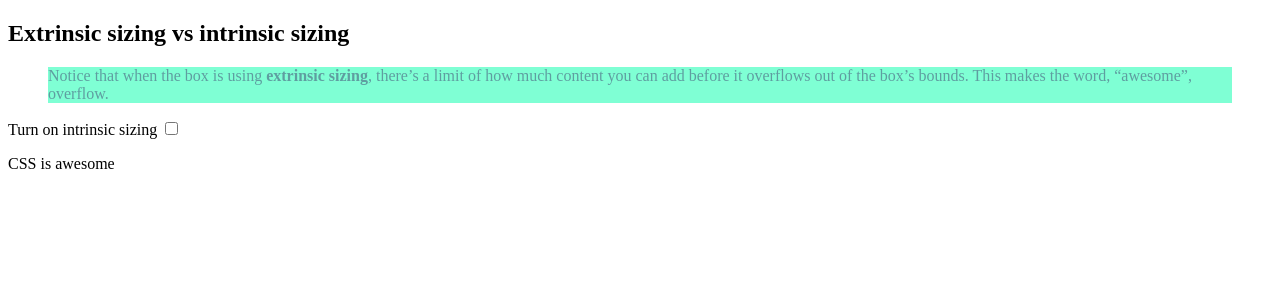
Repository: sristigupta04/basic-js-project
Page: box model/box.html
These files come from the project's save history. The page is drawn as it stood at one moment and after the next save; the edit follows.
The browser window is 1280 px wide. The pictures show the whole page.

Above is the page before, as saved 2025-11-03 00:39:00.

### box model/box.html
<!DOCTYPE html>
<html lang="en">
<head>
    <meta charset="UTF-8">
    <meta name="viewport" content="width=device-width, initial-scale=1.0">
    <title>Document</title>
    <link rel="stylesheet" href="box.css"/>
</head>
<body>
    <main>
  <div class="wrapper">
    <article class="flow">
      <h1>Extrinsic sizing vs intrinsic sizing</h1>
      <figure class="callout">
        <p>
          Notice that when the box is using <strong>extrinsic sizing</strong>, there’s
          a limit of how much content you can add before it overflows out of the box’s
          bounds. This makes the word, “awesome”, overflow.
        </p>
      </figure>
      <label class="toggle" for="intrinsic-switch">
        <span class="toggle__label">Turn on intrinsic sizing</span>
        <input type="checkbox" role="switch" class="toggle__element" id="intrinsic-switch" />
        <div class="toggle__decor" aria-hidden="true">
          <div class="toggle__thumb"></div>
        </div>
      </label>
      <p class="awesome" data-element="awesome">CSS is awesome</p>
    </article>
  </div>
</main>
</body>
</html>

### box model/box.css
*{
    padding: 0;
}
.callout{
    background-color: aquamarine;
    color:cadetblue;
}

After the next save:
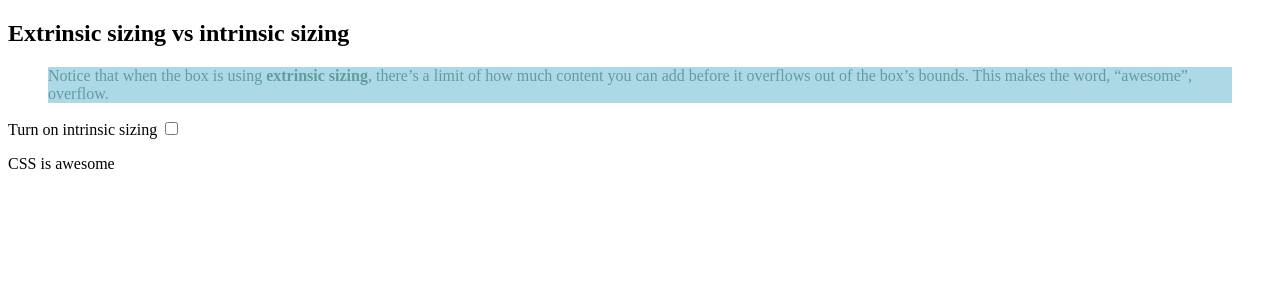
Saved 23 s later.
--- a/box model/box.css
+++ b/box model/box.css
@@ -2,6 +2,6 @@
     padding: 0;
 }
 .callout{
-    background-color: aquamarine;
+    background-color: lightblue;
     color:cadetblue;
 }
